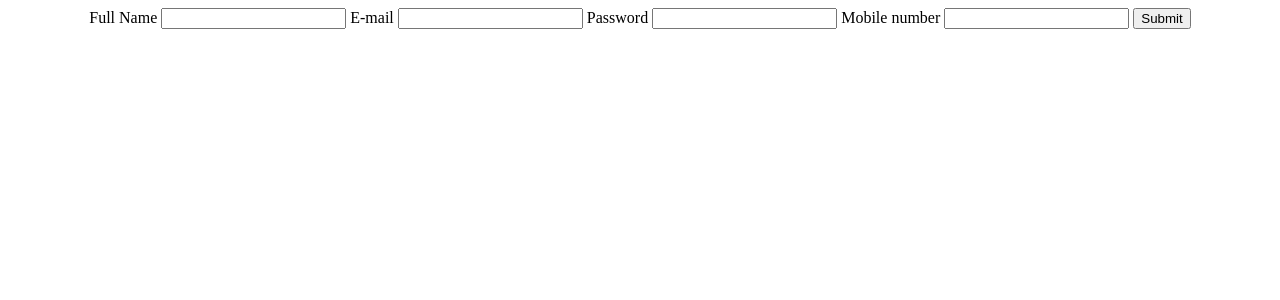
Repository: adiganaveen/Servlets
Page: LoginRegistrationApp/WebContent/registration.html
These files come from the project's save history. The page is drawn as it stood at one moment and after the next save; the edit follows.
The browser window is 1280 px wide. The pictures show the whole page.

Above is the page before, as saved 2019-01-22 08:46:30.

### LoginRegistrationApp/WebContent/registration.html
<!DOCTYPE html>
<html>
<head>
<meta charset="UTF-8">
<title>Insert title here</title>
</head>
<body>
	<form action="login" method="post">
		<div align="center">
			<label>Full Name</label> <input type="text" name="name" required>
			<label>E-mail</label> <input type="text" name="email" required>
			<label>Password</label> <input type="password" name="password"
				required> <label>Mobile number</label> <input type="text"
				name="number" required> <input type="submit">
		</div>
	</form>
</body>
</html>

After the next save:
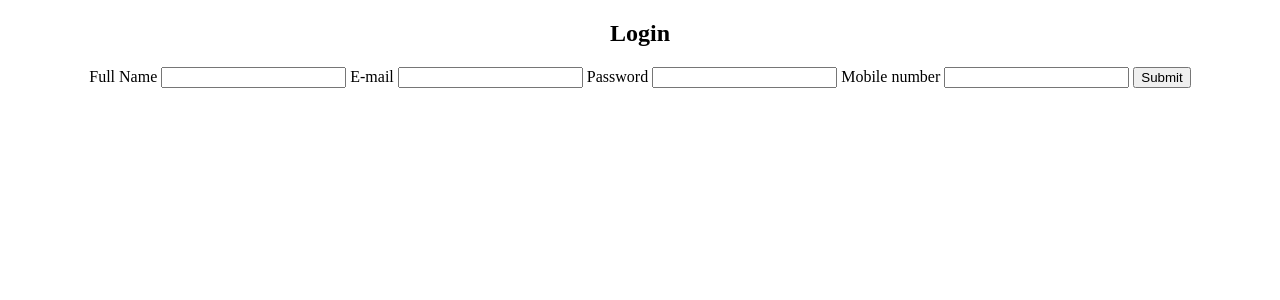
Saved 43 s later.
--- a/LoginRegistrationApp/WebContent/registration.html
+++ b/LoginRegistrationApp/WebContent/registration.html
@@ -2,10 +2,11 @@
 <html>
 <head>
 <meta charset="UTF-8">
-<title>Insert title here</title>
+<title>Registration</title>
 </head>
 <body>
 	<form action="login" method="post">
+	<h2><center>Login</center></h2>
 		<div align="center">
 			<label>Full Name</label> <input type="text" name="name" required>
 			<label>E-mail</label> <input type="text" name="email" required>
